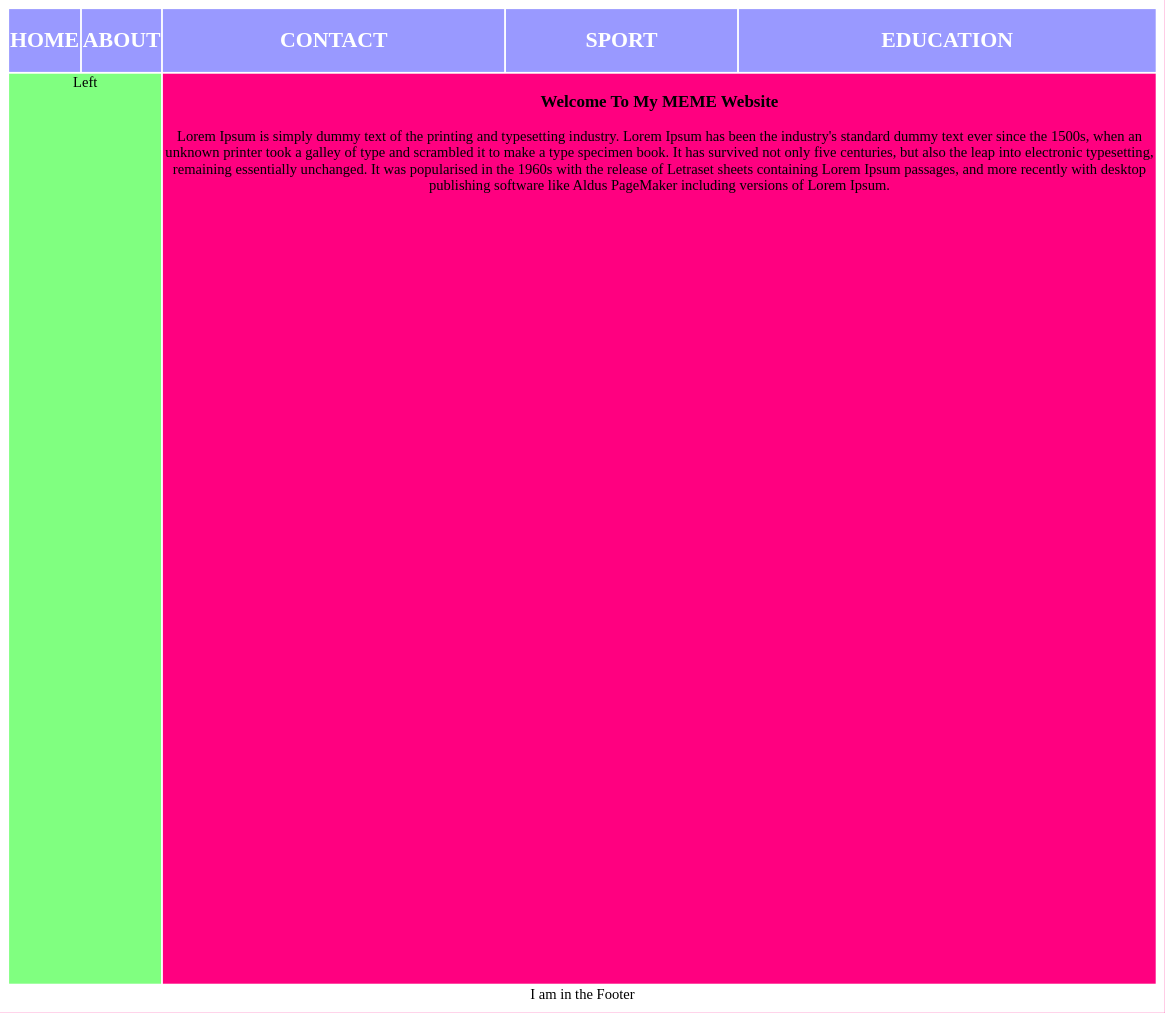
Repository: LiamMcC/webforDunboyne
Page: memewebsite/index.html
The author's editor kept a record of every edit. The page is drawn from the files as they stood at one moment, then again after the next edit.
The browser window is 1280 px wide. The pictures show the whole page, at 91% of full size.

Above is the page before.

### memewebsite/index.html
<!DOCTYPE html>
<html>
  <head>
    <meta charset="UTF-8">
    <title>CDM Meme Wonderfullness</title>
  </head>
  <body>

      <table style="width:100%;text-align:center;">
         <tr style="background-color:#9999ff; height: 50px;">
             <td><h2 style="color:#ffffff">HOME</h2></td>
             <td><h2 style="color:#ffffff">ABOUT</h2></td>
             <td><h2 style="color:#ffffff">CONTACT</h2></td>
             <td><h2 style="color:#ffffff">SPORT</h2></td>
            <td><h2 style="color:#ffffff">EDUCATION</h2></td>


         </tr>

          <tr style="height:1000px;">
              <!-- Left menu -->
              <td colspan="2" style="background-color:#80ff80;vertical-align:top;">Left</td>

              <!-- Main content -->

              <td colspan="3" style="background-color:#ff0080;vertical-align: top;">

                  <h3>Welcome To My MEME Website</h3>

                  <p>
                      Lorem Ipsum is simply dummy text of the printing and typesetting industry. Lorem Ipsum has been the industry's standard dummy text ever since the 1500s, when an unknown printer took a galley of type and scrambled it to make a type specimen book. It has survived not only five centuries, but also the leap into electronic typesetting, remaining essentially unchanged. It was popularised in the 1960s with the release of Letraset sheets containing Lorem Ipsum passages, and more recently with desktop publishing software like Aldus PageMaker including versions of Lorem Ipsum.

                  </p>

                  </td>
          </tr>

          <tr>
              <td colspan="5">I am in the Footer</td>


          </tr>



      </table>











  </body>
</html>

After the next edit:
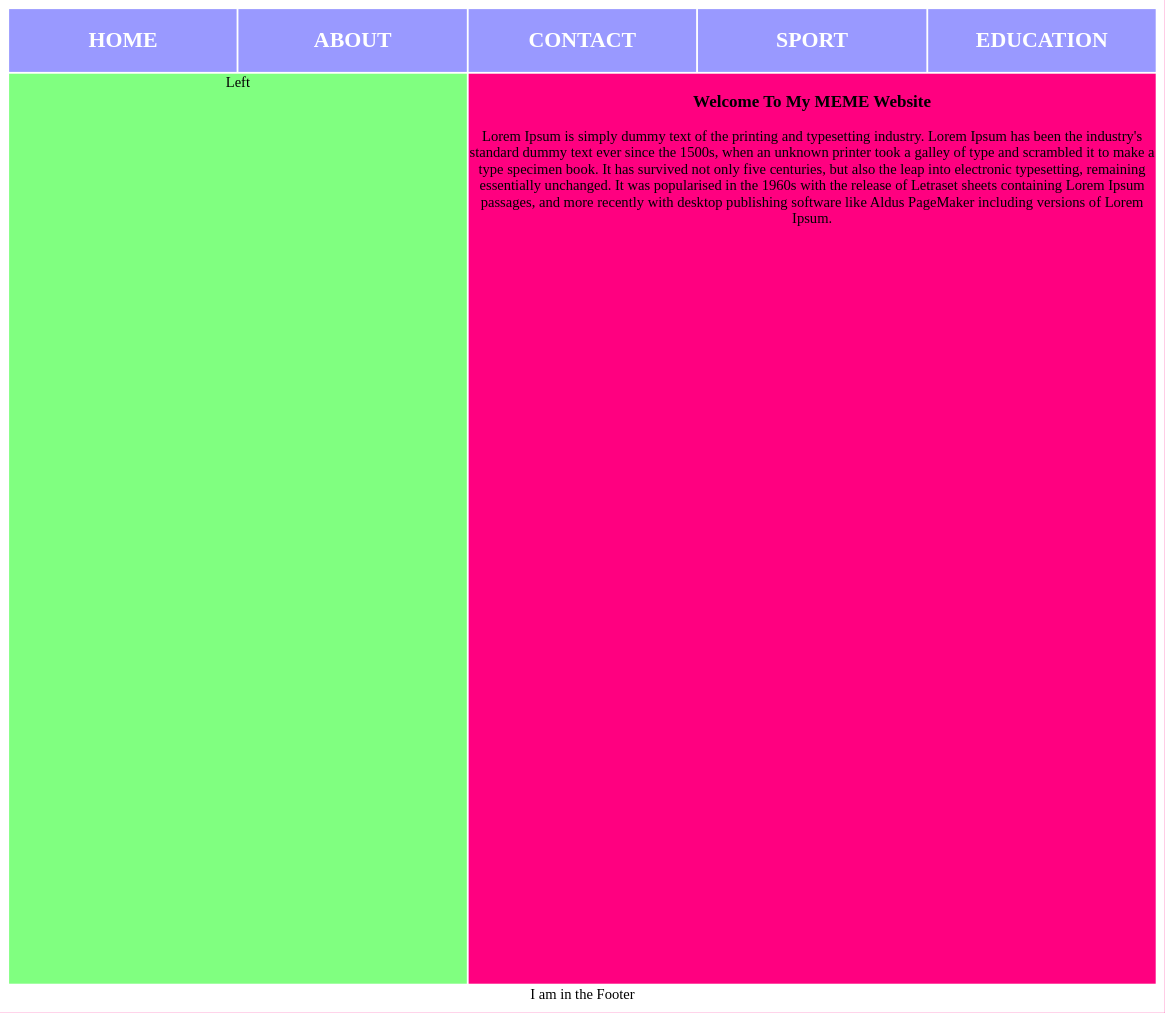
The edit:
--- a/memewebsite/index.html
+++ b/memewebsite/index.html
@@ -8,11 +8,11 @@
 
       <table style="width:100%;text-align:center;">
          <tr style="background-color:#9999ff; height: 50px;">
-             <td><h2 style="color:#ffffff">HOME</h2></td>
-             <td><h2 style="color:#ffffff">ABOUT</h2></td>
-             <td><h2 style="color:#ffffff">CONTACT</h2></td>
-             <td><h2 style="color:#ffffff">SPORT</h2></td>
-            <td><h2 style="color:#ffffff">EDUCATION</h2></td>
+             <td style="width:20%"><h2 style="color:#ffffff">HOME</h2></td>
+             <td style="width:20%"><h2 style="color:#ffffff">ABOUT</h2></td>
+             <td style="width:20%"><h2 style="color:#ffffff">CONTACT</h2></td>
+             <td style="width:20%"><h2 style="color:#ffffff">SPORT</h2></td>
+            <td style="width:20%"><h2 style="color:#ffffff">EDUCATION</h2></td>
 
 
          </tr>
